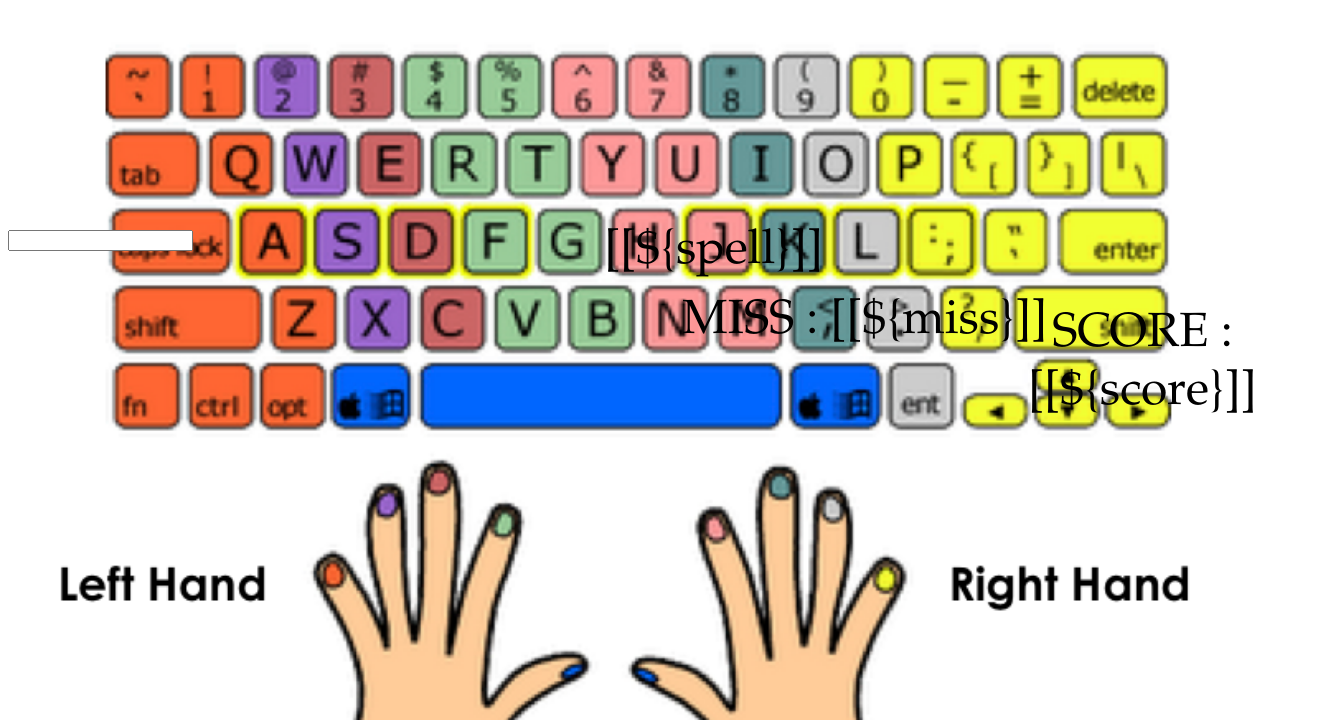
Repository: thaddeas01/typingskill
Page: src/main/resources/templates/single.html
These files come from the project's save history. The page is drawn as it stood at one moment and after the next save; the edit follows.
The browser window is 1280 px wide. The page is 1342 px wide, then 1280 px, so the pictures cover 1342 px, including what lies to the right of the window. The pictures show the whole page.

Above is the page before, as saved 2023-01-14 00:35:45.
Console error: SyntaxError: Unexpected token '{'

### src/main/resources/templates/single.html
<head>
  <title>Game Application by Pentagon</title>
</head>

<body>
  <div id="app"></div>

  <p class="word1"> [[${spell}]]</p>
  <p class="word2"> MISS : [[${miss}]]</p>
  <p class="word3"> SCORE : [[${score}]]</p>
  <form th:action="@{/hantei(prob=${spell},miss=${miss},score=${score})}" method="post">
    <input type="text" name="answer" id="firstinput">
  </form>
</body>

<style>
  body {
      background-image: url('gamebacks.png');
      background-repeat: no-repeat;
      background-size: cover;
    }

    .word1{
      font-size: 3em;
      width: 400px;
      height: 100px;
      font-family: "garamond", serif;
      position: relative;
      text-align: center;
      top: 20%;
      left: 40%;
      display: inline-block;
      margin-top: 1rem;
    }
    .word2{
      font-size: 3em;
      width: 400px;
      height: 100px;
      font-family: "garamond", serif;
      position: relative;
      text-align: center;
      top: 30%;
      left: 20%;
      display: inline-block;
      margin-top: 1rem;
    }
    .word3{
      font-size: 3em;
      width: 400px;
      height: 100px;
      font-family: "garamond", serif;
      position: relative;
      text-align: center;
      top: 40%;
      left: 10%;
      display: inline-block;
      margin-top: 1rem;
    }
  .base-timer {
    position: relative;
    width: 150px;
    height: 150px;
  }

  .base-timer__svg {
    transform: scaleX(-1);
  }

  .base-timer__circle {
    fill: none;
    stroke: none;
  }

  .base-timer__path-elapsed {
    stroke-width: 7px;
    stroke: grey;
  }

  .base-timer__path-remaining {
    stroke-width: 7px;
    stroke-linecap: round;
    transform: rotate(90deg);
    transform-origin: center;
    transition: 1s linear all;
    fill-rule: nonzero;
    stroke: currentColor;
  }

  .base-timer__path-remaining.green {
    color: rgb(65, 184, 131);
  }

  .base-timer__path-remaining.orange {
    color: orange;
  }

  .base-timer__path-remaining.red {
    color: red;
  }

  .base-timer__label {
    position: relative;
    top: -110px;
    width: 150px;
    height: 150px;
    display: flex;
    align-items: flex-start;
    justify-content: center;
    font-size: 48px;
  }
</style>
<script th:inline="javascript">
  const FULL_DASH_ARRAY = 300;
  const WARNING_THRESHOLD = 4;
  const ALERT_THRESHOLD = 2;

  const COLOR_CODES = {
    info: {
      color: "green"
    },
    warning: {
      color: "orange",
      threshold: WARNING_THRESHOLD
    },
    alert: {
      color: "red",
      threshold: ALERT_THRESHOLD
    }
  };

  const TIME_LIMIT = 7;
  let timePassed = 0;
  let timeLeft = TIME_LIMIT;
  let timerInterval = null;
  let remainingPathColor = COLOR_CODES.info.color;
  var miss = [[${ miss }]];
  var score = [[${ score }]];

  document.getElementById("app").innerHTML = `
<div class="base-timer">
  <svg class="base-timer__svg" viewBox="0 0 100 100" xmlns="http://www.w3.org/2000/svg">
    <g class="base-timer__circle">
      <circle class="base-timer__path-elapsed" cx="50" cy="50" r="45"></circle>
      <path
        id="base-timer-path-remaining"
        stroke-dasharray="283"
        class="base-timer__path-remaining ${remainingPathColor}"
        d="
          M 50, 50
          m -45, 0
          a 45,45 0 1,0 90,0
          a 45,45 0 1,0 -90,0
        "
      ></path>
    </g>
  </svg>
  <span id="base-timer-label" class="base-timer__label">${formatTime(
    timeLeft
  )}</span>
</div>
`;
  document.getElementById('firstinput').focus();
  startTimer();

  function startTimer() {
    timerInterval = setInterval(() => {
      timePassed = timePassed += 1;
      timeLeft = TIME_LIMIT - timePassed;
      document.getElementById("base-timer-label").innerHTML = formatTime(
        timeLeft
      );
      setCircleDasharray();
      setRemainingPathColor(timeLeft);

      if (timeLeft === 0) {
        clearInterval(timerInterval);
        setTimeout(function () {
          location.href = "/timeout?miss=" + miss + "&score=" + score
        }, 0);
      }
    }, 1000);
  }

  function formatTime(time) {
    const minutes = Math.floor(time / 60);
    let seconds = time % 60;

    if (seconds < 10) {
      seconds = `0${seconds}`;
    }

    return `${minutes}:${seconds}`;
  }

  function setRemainingPathColor(timeLeft) {
    const { alert, warning, info } = COLOR_CODES;
    if (timeLeft <= alert.threshold) {
      document
        .getElementById("base-timer-path-remaining")
        .classList.remove(warning.color);
      document
        .getElementById("base-timer-path-remaining")
        .classList.add(alert.color);
    } else if (timeLeft <= warning.threshold) {
      document
        .getElementById("base-timer-path-remaining")
        .classList.remove(info.color);
      document
        .getElementById("base-timer-path-remaining")
        .classList.add(warning.color);
    }
  }

  function calculateTimeFraction() {
    const rawTimeFraction = timeLeft / TIME_LIMIT;
    return rawTimeFraction - (1 / TIME_LIMIT) * (1 - rawTimeFraction);
  }

  function setCircleDasharray() {
    const circleDasharray = `${(
      calculateTimeFraction() * FULL_DASH_ARRAY
    ).toFixed(0)} 283`;
    document
      .getElementById("base-timer-path-remaining")
      .setAttribute("stroke-dasharray", circleDasharray);
  }
</script>

After the next save:
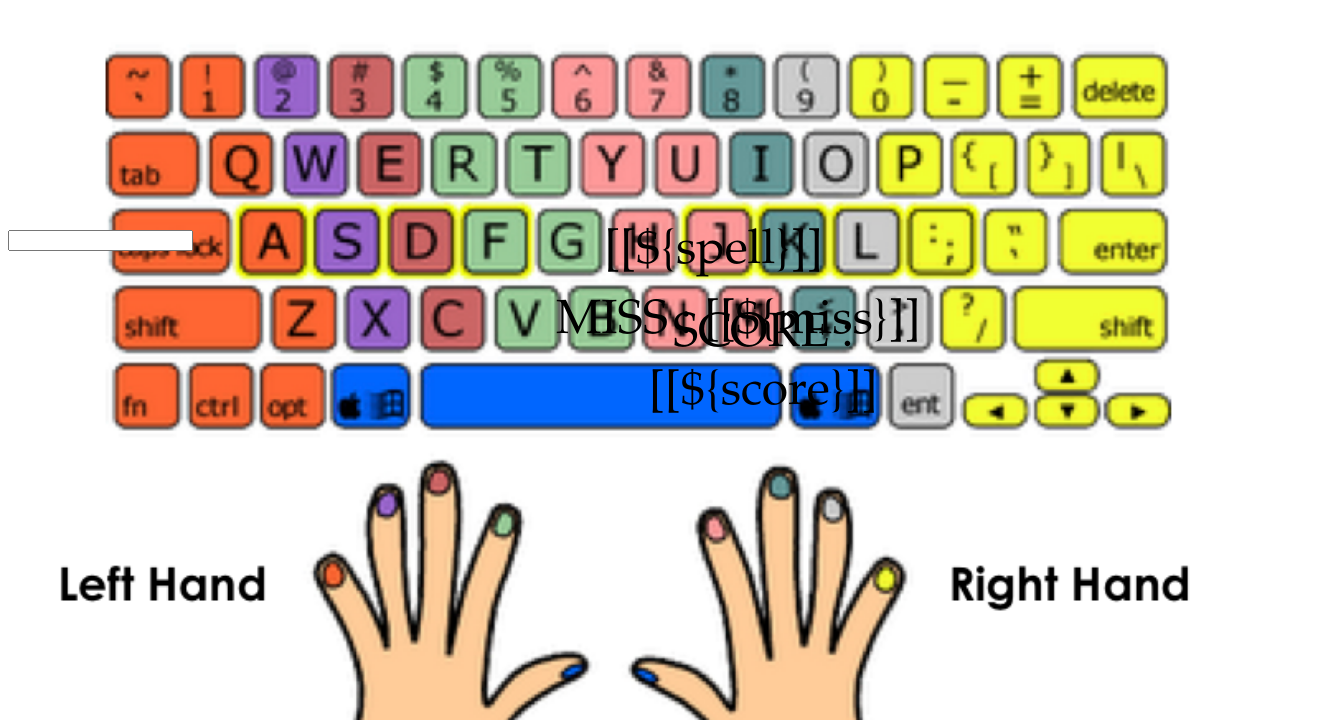
Saved 38 s later.
--- a/src/main/resources/templates/single.html
+++ b/src/main/resources/templates/single.html
@@ -40,7 +40,7 @@
       position: relative;
       text-align: center;
       top: 30%;
-      left: 20%;
+      left: 10%;
       display: inline-block;
       margin-top: 1rem;
     }
@@ -52,7 +52,7 @@
       position: relative;
       text-align: center;
       top: 40%;
-      left: 10%;
+      left: -20%;
       display: inline-block;
       margin-top: 1rem;
     }
